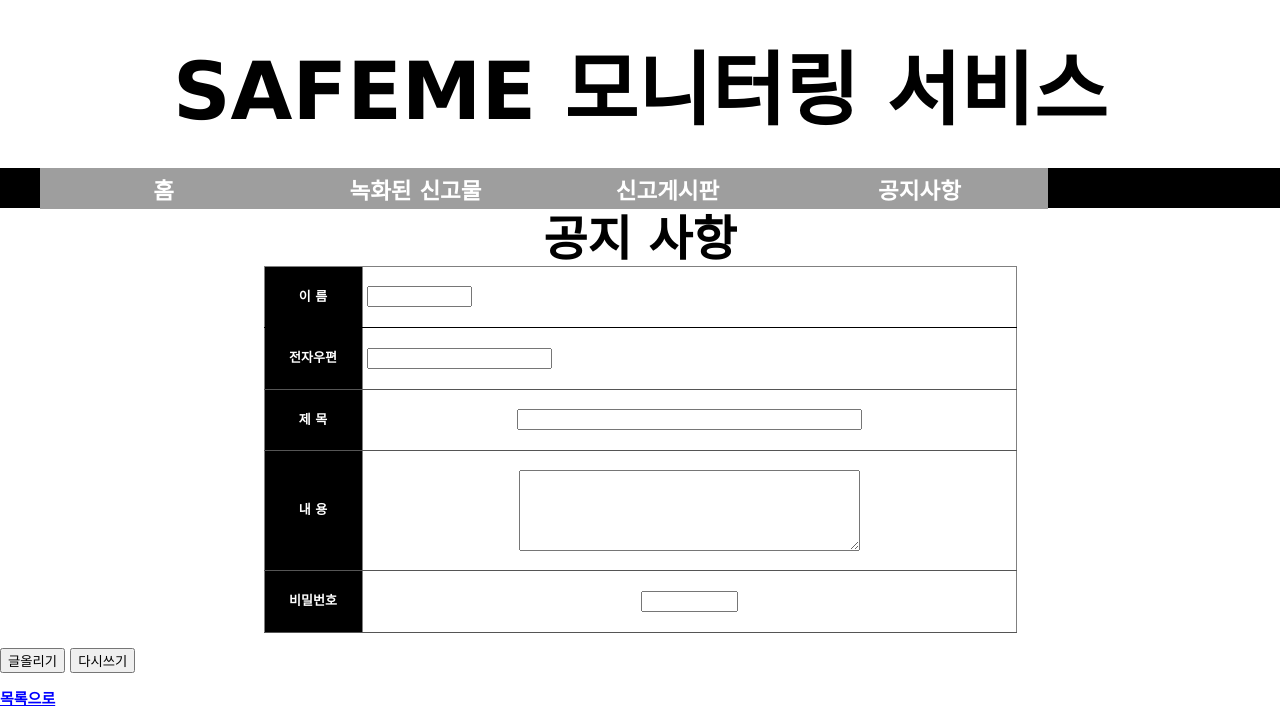
Repository: imdasom/SafeMe
Page: http://localhost/SafeMe/homepage/write1.jsp
The author's editor kept a copy of each file at every save. The page is drawn from the files as they stood at one save, then again after the next save.
The browser window is 1280 px wide. The pictures show the whole page.
Pictures or frames that could not be fetched are drawn as grey boxes. The page is served by Tomcat 9.

Above is the page before, as saved 2015-12-15 19:16:29.

After the next save:
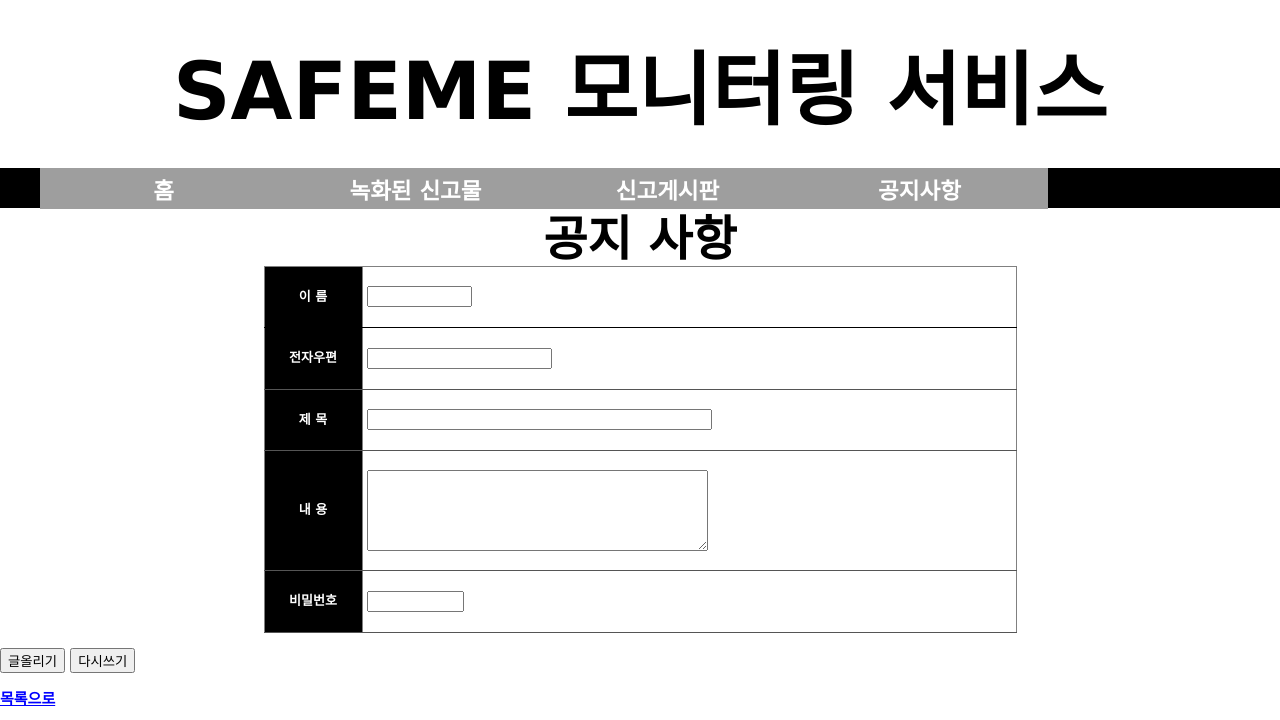
Saved 6 s later.
--- a/FinalSafeMeWeb/SafeMe/homepage/write1.jsp
+++ b/FinalSafeMeWeb/SafeMe/homepage/write1.jsp
@@ -63,19 +63,19 @@ table {
     <tr>
         <td width="89" bgcolor="#00000"><p align="center"><font size="2" color="white">제
             목</font></td>
-        <td width="645"><p><input type="text" name="b_title" maxlength="60"
+        <td width="645" style="text-align:left;"><p><input type="text" name="b_title" maxlength="60"
 size="40"></td>
     </tr>
     <tr>
         <td width="89" bgcolor="#00000"><p align="center"><font size="2" color="white">내
             용</font></td>
-        <td width="645"><p><textarea name="b_content" rows="5"
+        <td width="645" style="text-align:left;"><p><textarea name="b_content" rows="5"
 cols="40"></textarea></td>
     </tr>
     <tr>
         <td width="89" bgcolor="#00000"><p align="center"><font size="2" color="white">비밀번호
 </font></td>
-        <td width="645"><p><input type="password" name="b_pwd" maxlength="12"
+        <td width="645" style="text-align:left;"><p><input type="password" name="b_pwd" maxlength="12"
              size="9"></td>
     </tr>
 </table>
